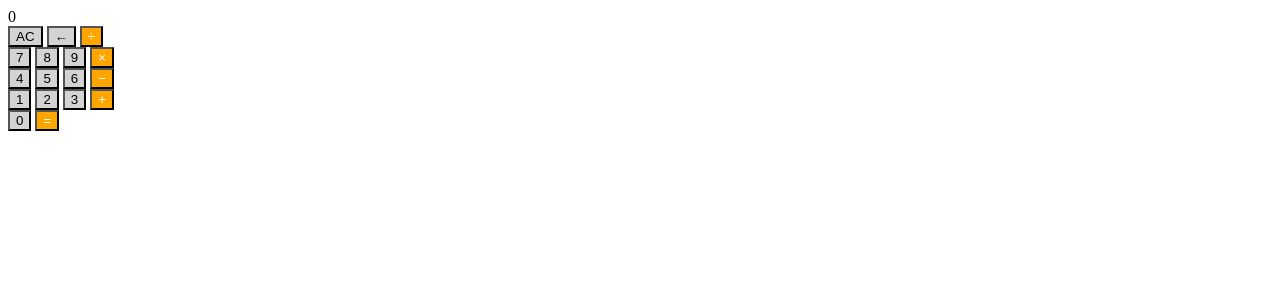
Repository: KaylaDamons/LAB-calculator
Page: index.html
These files come from the project's save history. The page is drawn as it stood at one moment and after the next save; the edit follows.
The browser window is 1280 px wide. The pictures show the whole page.

Above is the page before, as saved 2024-01-13 19:05:40.

### index.html
<!DOCTYPE html>
<html lang="en">
<head>
  <meta charset="UTF-8">
  <meta name="viewport" content="width=device-width, initial-scale=1.0">
  <title>Calculator</title>

</head>
<body>
  <div class="wrapper">
    <div class="sumbar">
      0
    </div>
      <div class="clearbutton">
       <button class="button clear">AC</button>
       <button class="button delete">&#8592</button>
       <button class="symbol divide">&#247</button>
    </div>

    <div class="buttonrow1">
      <button class="button">7</button>
      <button class="button">8</button>
      <button class="button">9</button>
      <button class="symbol times">&#215</button>
    </div>

    <div class="buttonrow2">
      <button class="button">4</button>
      <button class="button">5</button>
      <button class="button">6</button>
      <button class="symbol minus">&#8722</button>
    </div>

    <div class="buttonrow3">
      <button class="button">1</button>
      <button class="button">2</button>
      <button class="button">3</button>
      <button class="symbol plus">&#43</button>
    </div>

    <div class="buttonrow4">
      <button class="button">0</button>
      <button class="symbol equals">&#61</button>
    </div>

  </div>




  <link rel="stylesheet" href="main.css">
</body>
<script src="main.js"></script>
</html>

### main.css

 .wrapper {
width: 400px:
 }


.sumbar {
 background-color:white;
}

.symbol {
  background-color: orange;
  color:white;
}
.button {
  background-color:lightgray;
}

### main.js
console.log("calculator");

After the next save:
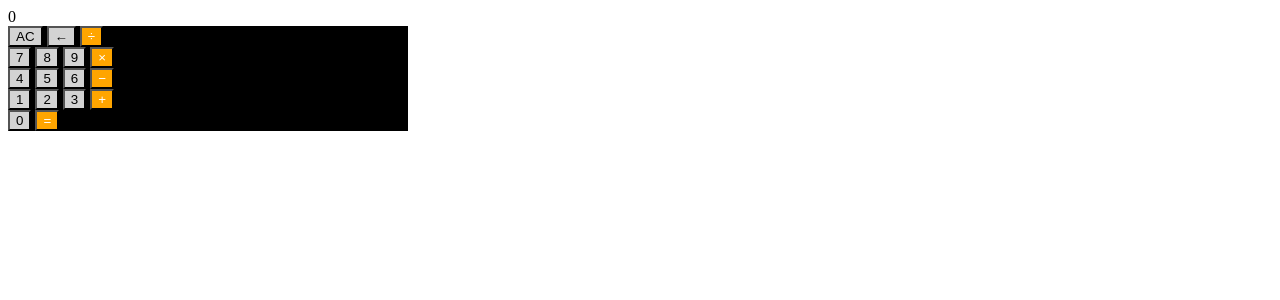
Saved 26 s later.
--- a/main.css
+++ b/main.css
@@ -1,6 +1,8 @@
 
  .wrapper {
-width: 400px:
+width: 400px;
+background-color:black;
+
  }
 
 
